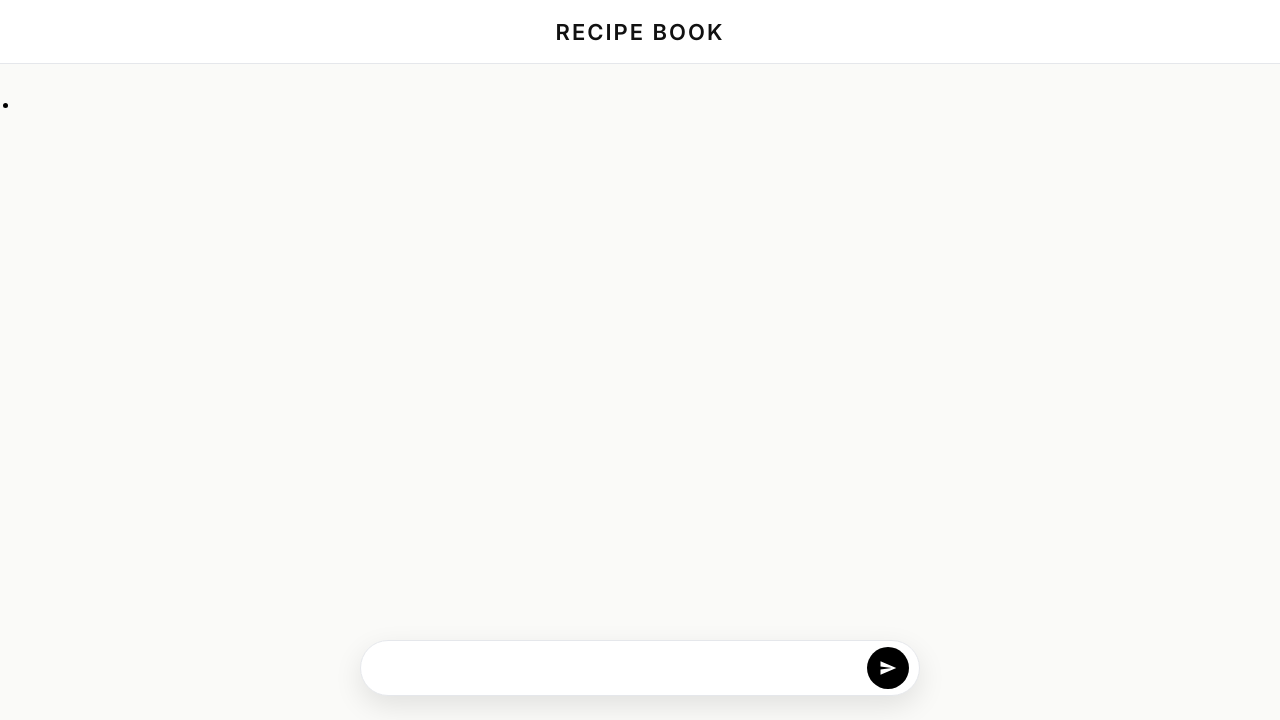
Repository: Tanvir0072309/Recipe-App
Page: /
The author's editor kept a copy of each file at every save. The page is drawn from the files as they stood at one save, then again after the next save.
The browser window is 1280 px wide. The pictures show the whole page.
The project was rebuilt for these pictures with package versions that can differ from the ones it lists, and the page was loaded fresh each time. Also part of the build but not shown: vite.config.js.

Above is the page before, as saved 2026-01-26 13:18:07.

### index.html
<!doctype html>
<html lang="en">
  <head>
    <meta charset="UTF-8" />
    <meta name="viewport" content="width=device-width, initial-scale=1.0" />
    <title>Recipe App</title>
  </head>
  <body>
    <div id="root"></div>
    <script type="module" src="/src/index.jsx"></script>
  </body>
</html>

### src/index.jsx
import React from "react";
import ReactDOM from "react-dom/client";
import { Header } from "./components/header";
import { RecipeInput } from "./components/RecipeInput";
import "./index.css";
import MyMain from "./components/main";

const root = ReactDOM.createRoot(document.getElementById("root"));

root.render(
    <React.StrictMode>
        <Header />
        <MyMain />
    </React.StrictMode>
);

### src/components/header.jsx
import React from "react";
import "../index.css"; // kyunki index.css src me hai

export function Header() {
    return (
        <header className="ai-header">
            <h1 className="app-title">RECIPE BOOK</h1>
        </header>
    );
}

### src/components/RecipeInput.jsx
import { useState, useRef } from "react";
import "../index.css";
import React from "react";

export function RecipeInput({ onAdd }) {
    const [text, setText] = useState("");
    const inputRef = useRef(null);

    const handleSubmit = (e) => {
        e.preventDefault();

        if (text.trim() === "") return;

        onAdd(text);     // ✅ array me ja raha
        setText("");     // ✅ input clear

        inputRef.current.focus(); // ✅ cursor back
    };



    return (
        <form onSubmit={handleSubmit}>
            <div className="floating-input">
                <input
                    ref={inputRef}
                    type="text"
                    value={text}
                    onChange={(e) => setText(e.target.value)}
                    autoFocus
                />
                <button type="submit" aria-label="submit">
                    {/* FIXED ICON */}
                    <svg
                        width="18"
                        height="18"
                        viewBox="0 0 24 24"
                        fill="white"
                    >
                        <path d="M2 21L23 12L2 3V10L17 12L2 14Z" />
                    </svg>
                </button>
            </div>
        </form>
    );
}

### src/index.css
/* ===== GOOGLE FONT ===== */
@import url("https://fonts.googleapis.com/css2?family=Inter:wght@400;500;600;700&display=swap");

/* ===== RESET ===== */
* {
  margin: 0;
  padding: 0;
  box-sizing: border-box;
  font-family: "Inter", system-ui, sans-serif;
}

/* ===== PAGE ===== */
body {
  background: #fafaf8;
  color: #111111;
  min-height: 100vh;
}

/* ===== HEADER ===== */
.ai-header {
  height: 64px;
  width: 100%;
  background: #ffffff;

  display: flex;
  align-items: center;
  justify-content: center;
  gap: 12px;

  border-bottom: 1px solid #e5e7eb;
}

.logo-icon {
  font-size: 20px;
  opacity: 0.85;
}

.app-title {
  font-size: 22px;
  font-weight: 600;
  letter-spacing: 2px;
  text-transform: uppercase;
}

/* ===== FLOATING INPUT ===== */
.floating-input {
  position: fixed;
  bottom: 24px;
  left: 50%;
  transform: translateX(-50%);

  width: min(92%, 560px);
  height: 56px;

  background: #ffffff;
  border: 1px solid #e5e7eb;
  border-radius: 999px;

  display: flex;
  align-items: center;
  padding: 8px 10px 8px 18px;

  box-shadow: 0 12px 32px rgba(0, 0, 0, 0.1);
}

/* ===== INPUT ===== */
.floating-input input {
  flex: 1;
  border: none;
  outline: none;
  font-size: 15px;
  background: transparent;
  color: #111111;
}

/* ===== BUTTON ===== */
.floating-input button {
  width: 42px;
  height: 42px;
  border-radius: 50%;
  border: none;

  background: #000000;
  color: #ffffff;
  font-size: 18px;

  cursor: pointer;
  display: flex;
  align-items: center;
  justify-content: center;
}

.floating-input button:hover {
  opacity: 0.9;
}

/* ===== RECIPE LIST ===== */
/* ===== FLOATING INPUT ===== */
.floating-input {
  position: fixed;
  bottom: 24px;
  left: 50%;
  transform: translateX(-50%);

  width: min(92%, 560px);
  height: 56px;

  background: #ffffff;
  border-radius: 999px;

  display: flex;
  align-items: center;
  padding: 8px 10px 8px 18px;

  box-shadow: 0 10px 28px rgba(0, 0, 0, 0.1);
}

/* ===== INPUT (CURSOR ONLY) ===== */
.floating-input input {
  flex: 1;
  border: none;
  outline: none;
  background: transparent;

  font-size: 15px;
  color: #111111;
  caret-color: #000000;
  /* 👈 cursor line */
}

/* remove default focus styles */
.floating-input input:focus {
  outline: none;
  box-shadow: none;
}

/* ===== BUTTON ===== */
.floating-input button {
  width: 42px;
  height: 42px;
  border-radius: 50%;
  border: none;

  background: #000000;
  cursor: pointer;

  display: flex;
  align-items: center;
  justify-content: center;
}

/* index.css mein check karein */
ul {
  list-style: disc;
  margin: 20px;
  color: black;
  /* Ensure text color is visible */
}

li {
  padding: 10px;
}

### src/components/main.jsx
import { useState } from "react";
import { RecipeInput } from "./RecipeInput";

export default function Main() {
    const [items, setItems] = useState([]);
    const [addFavoriteThing, setaddFavoriteThing] = useState([]);

    function testFunction() {

        setaddFavoriteThing(prevfavThings => [...prevfavThings, "Test"]);
    }
    const addItem = (value) => {
        setItems((prev) => [...prev, value]);
    };

    return (
        <>
            <div style={{ paddingBottom: "120px" }}>
                <ul>
                    {items.map((item, i) => (
                        <li key={i}>{item}</li>
                    ))}
                    <li>{addFavoriteThing}</li>
                </ul>
            </div>

            <RecipeInput onAdd={addItem} />
        </>
    );
}

After the next save:
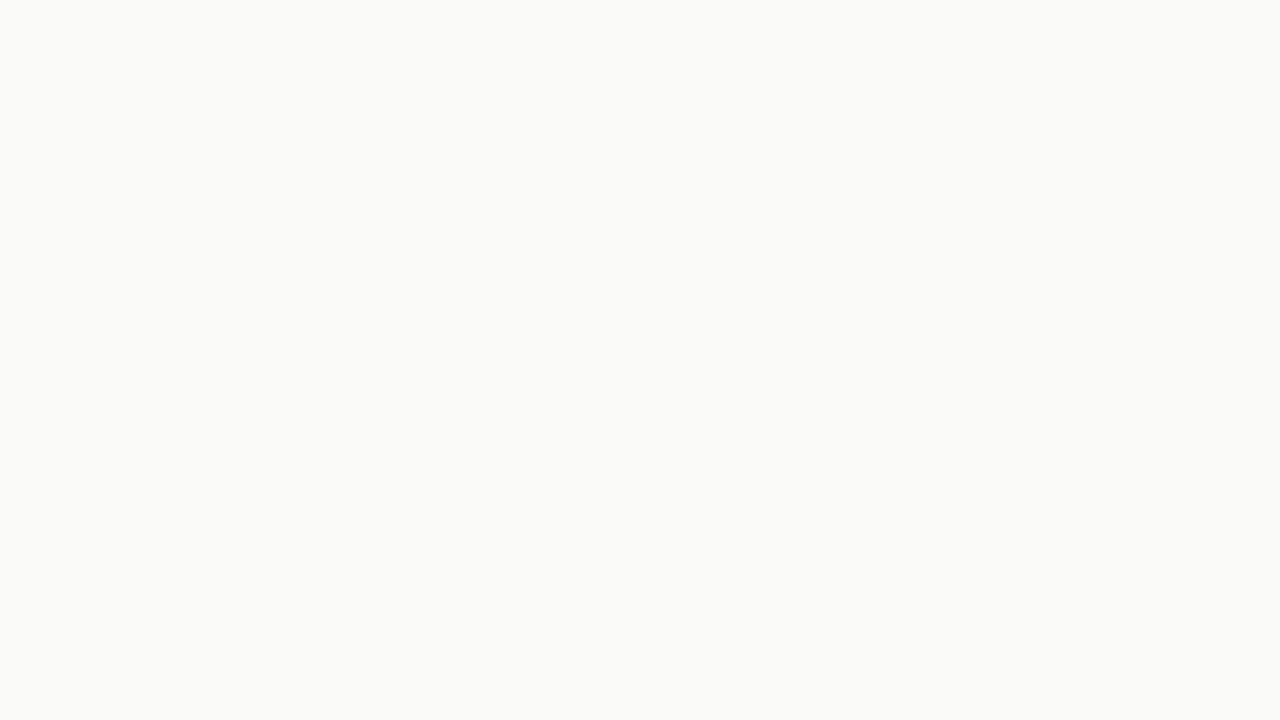
Console error: ReferenceError: addFavoriteThing is not defined
Saved 36 s later.
--- a/src/components/main.jsx
+++ b/src/components/main.jsx
@@ -3,12 +3,7 @@
 
 export default function Main() {
     const [items, setItems] = useState([]);
-    const [addFavoriteThing, setaddFavoriteThing] = useState([]);
 
-    function testFunction() {
-
-        setaddFavoriteThing(prevfavThings => [...prevfavThings, "Test"]);
-    }
     const addItem = (value) => {
         setItems((prev) => [...prev, value]);
     };

After the save that followed:
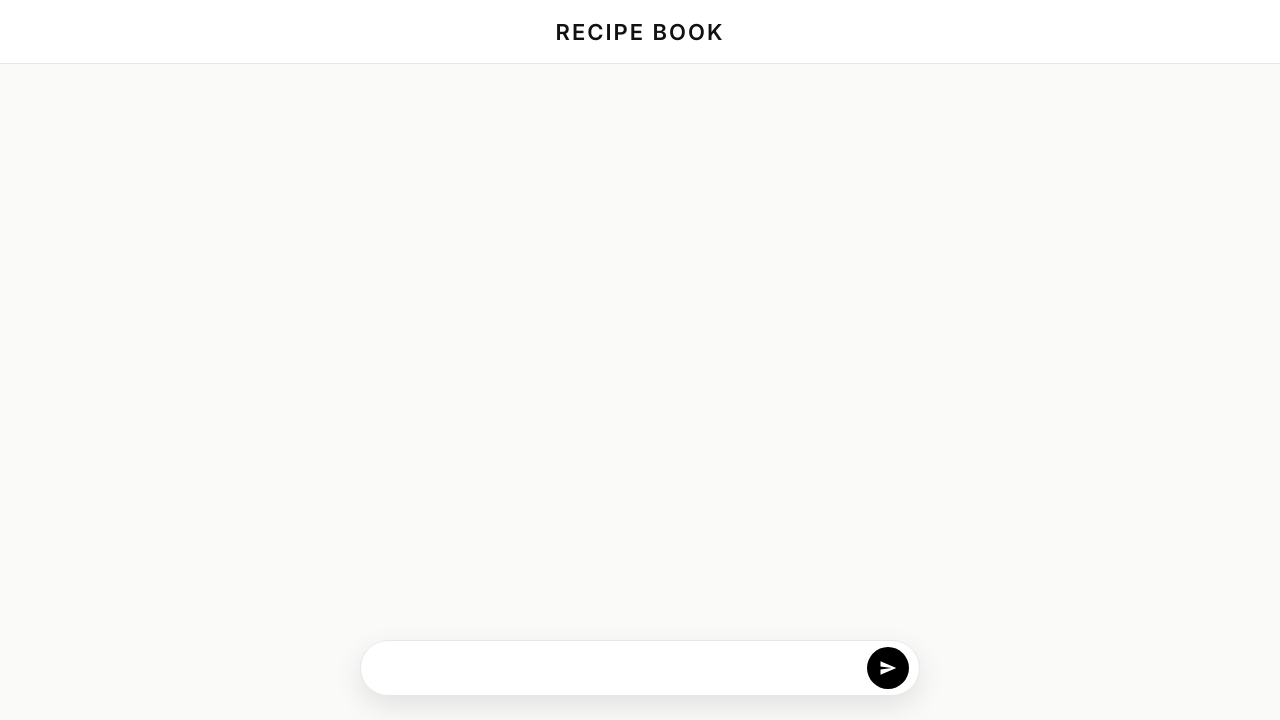
The error is gone.
Saved 5 s later.
--- a/src/components/main.jsx
+++ b/src/components/main.jsx
@@ -15,7 +15,6 @@
                     {items.map((item, i) => (
                         <li key={i}>{item}</li>
                     ))}
-                    <li>{addFavoriteThing}</li>
                 </ul>
             </div>
 
